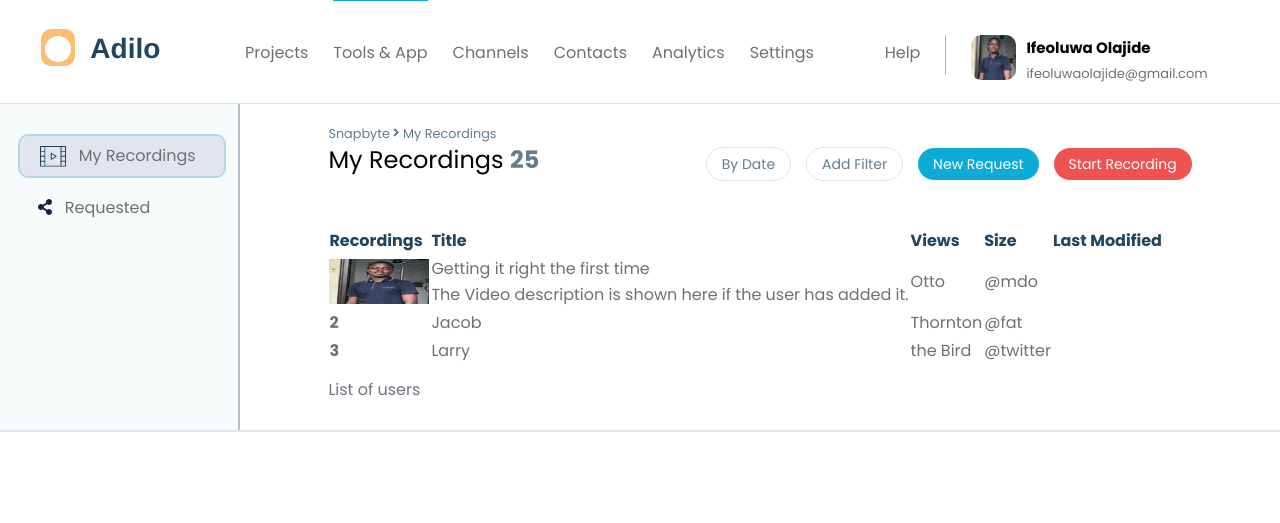
Repository: olhighjay/video_recorder
Page: /
An editor plug-in stored every save of this project. The page is shown before and after the next save, followed by the edit.
The browser window is 1280 px wide. The pictures show the whole page.
Some web libraries are served in a nearby version. The project was rebuilt for these pictures with package versions that can differ from the ones it lists, and the page was loaded fresh each time. Also part of the build but not shown: vue.config.js.

Above is the page before, as saved 2022-07-29 06:13:21.

After the next save:
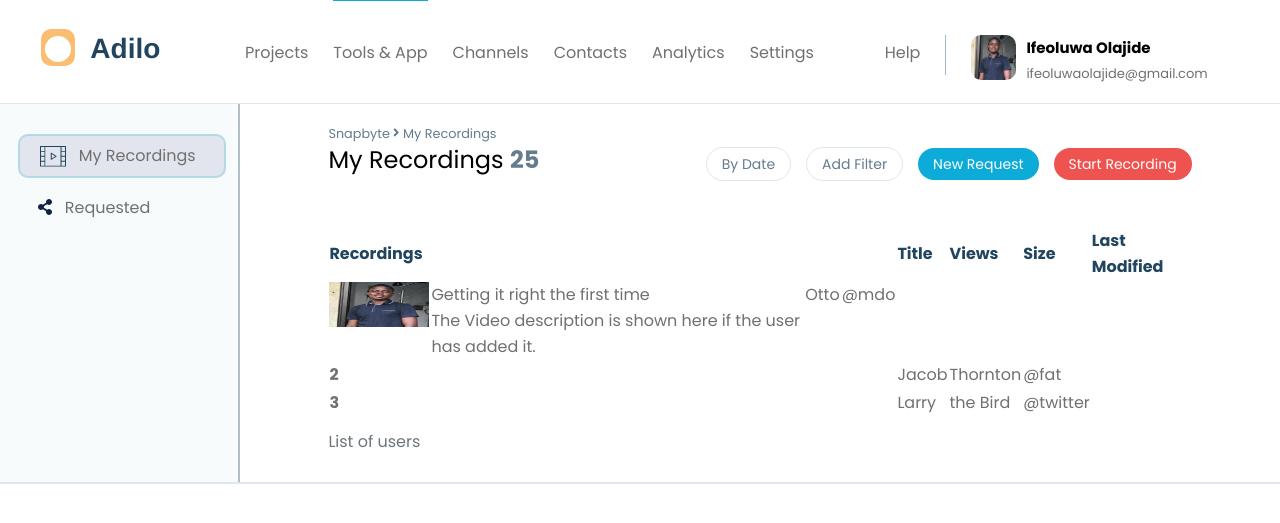
Saved 46 s later.
--- a/src/App.vue
+++ b/src/App.vue
@@ -53,7 +53,7 @@
     </tr>
   </thead>
   <tbody>
-    <tr>
+    <tr style="display:flex">
       <td scope="row">
         <img alt="Profile Image" src="./assets/profile.jpg" style="width:100px; height:45px; border:10px">
       </td>
